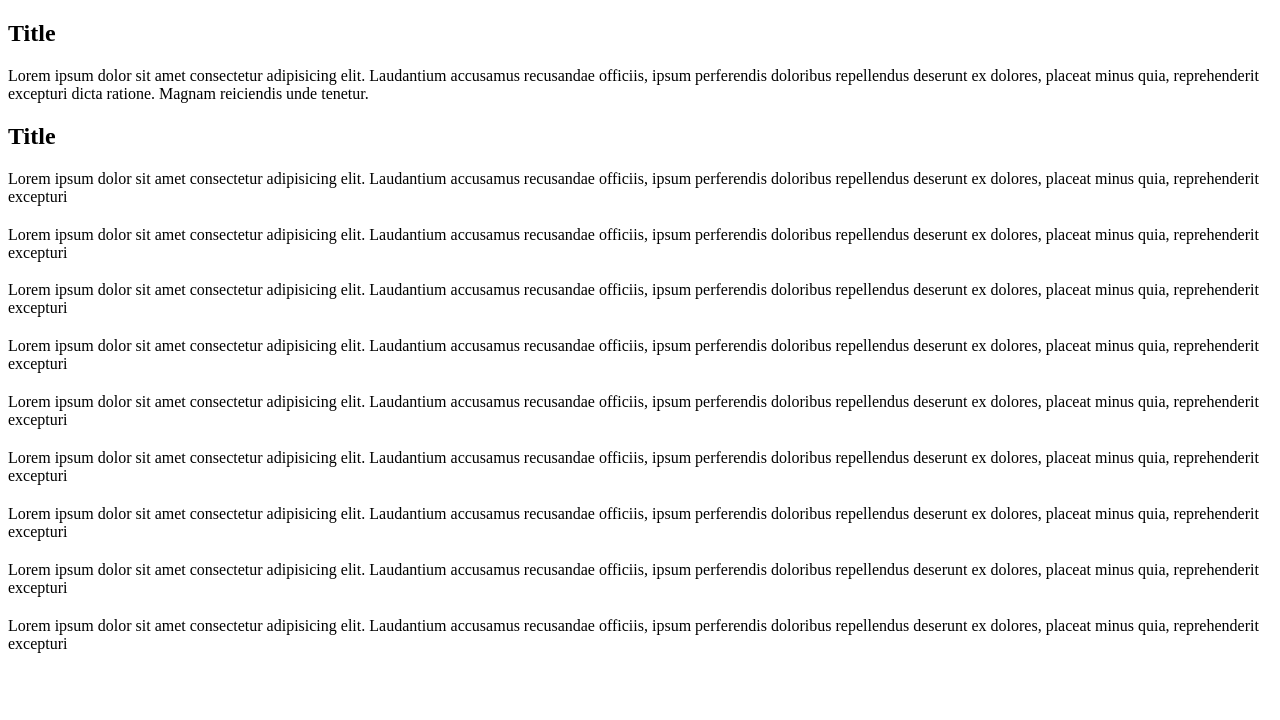
Repository: DevMike1993/100_Projects_HTML_CSS_JAVASCRIPT
Page: 03_Custom_Scrollbar/index.html
An editor plug-in stored every save of this project. The page is shown before and after a run of saves, followed by the edit.
The browser window is 1280 px wide. The pictures show the whole page.

Above is the page before, as saved 2023-11-26 18:05:58.

### 03_Custom_Scrollbar/index.html
<!DOCTYPE html>
<html lang="en">
<head>
    <meta charset="UTF-8">
    <meta name="viewport" content="width=device-width, initial-scale=1.0">
    <title>Custom Scrollbar</title>
</head>
<body>

    <section>
        <div class="card">
            <h2 class="card-title">Title</h2>
            <p>Lorem ipsum dolor sit amet consectetur adipisicing elit. Laudantium accusamus recusandae officiis, ipsum perferendis doloribus repellendus deserunt ex dolores, placeat minus quia, reprehenderit excepturi dicta ratione. Magnam reiciendis unde tenetur.</p>
        </div>
        <div class="card">
            <h2 class="card-title">Title</h2>
            <p>Lorem ipsum dolor sit amet consectetur adipisicing elit. Laudantium accusamus recusandae officiis, ipsum perferendis doloribus repellendus deserunt ex dolores, placeat minus quia, reprehenderit excepturi
        </div>
        <div class="card">
            <h2 class="card-title"></h2>
            <p>Lorem ipsum dolor sit amet consectetur adipisicing elit. Laudantium accusamus recusandae officiis, ipsum perferendis doloribus repellendus deserunt ex dolores, placeat minus quia, reprehenderit excepturi
        </div>
        <div class="card">
            <h2 class="card-title"></h2>
            <p>Lorem ipsum dolor sit amet consectetur adipisicing elit. Laudantium accusamus recusandae officiis, ipsum perferendis doloribus repellendus deserunt ex dolores, placeat minus quia, reprehenderit excepturi
        </div>
        <div class="card">
            <h2 class="card-title"></h2>
            <p>Lorem ipsum dolor sit amet consectetur adipisicing elit. Laudantium accusamus recusandae officiis, ipsum perferendis doloribus repellendus deserunt ex dolores, placeat minus quia, reprehenderit excepturi
        </div>
        <div class="card">
            <h2 class="card-title"></h2>
            <p>Lorem ipsum dolor sit amet consectetur adipisicing elit. Laudantium accusamus recusandae officiis, ipsum perferendis doloribus repellendus deserunt ex dolores, placeat minus quia, reprehenderit excepturi
        </div>
        <div class="card">
            <h2 class="card-title"></h2>
            <p>Lorem ipsum dolor sit amet consectetur adipisicing elit. Laudantium accusamus recusandae officiis, ipsum perferendis doloribus repellendus deserunt ex dolores, placeat minus quia, reprehenderit excepturi
        </div>
        <div class="card">
            <h2 class="card-title"></h2>
            <p>Lorem ipsum dolor sit amet consectetur adipisicing elit. Laudantium accusamus recusandae officiis, ipsum perferendis doloribus repellendus deserunt ex dolores, placeat minus quia, reprehenderit excepturi
        </div>
        <div class="card">
            <h2 class="card-title"></h2>
            <p>Lorem ipsum dolor sit amet consectetur adipisicing elit. Laudantium accusamus recusandae officiis, ipsum perferendis doloribus repellendus deserunt ex dolores, placeat minus quia, reprehenderit excepturi
        </div>
        <div class="card">
            <h2 class="card-title"></h2>
            <p>Lorem ipsum dolor sit amet consectetur adipisicing elit. Laudantium accusamus recusandae officiis, ipsum perferendis doloribus repellendus deserunt ex dolores, placeat minus quia, reprehenderit excepturi
        </div>
    </section>

</body>
</html>

After the next 2 saves:
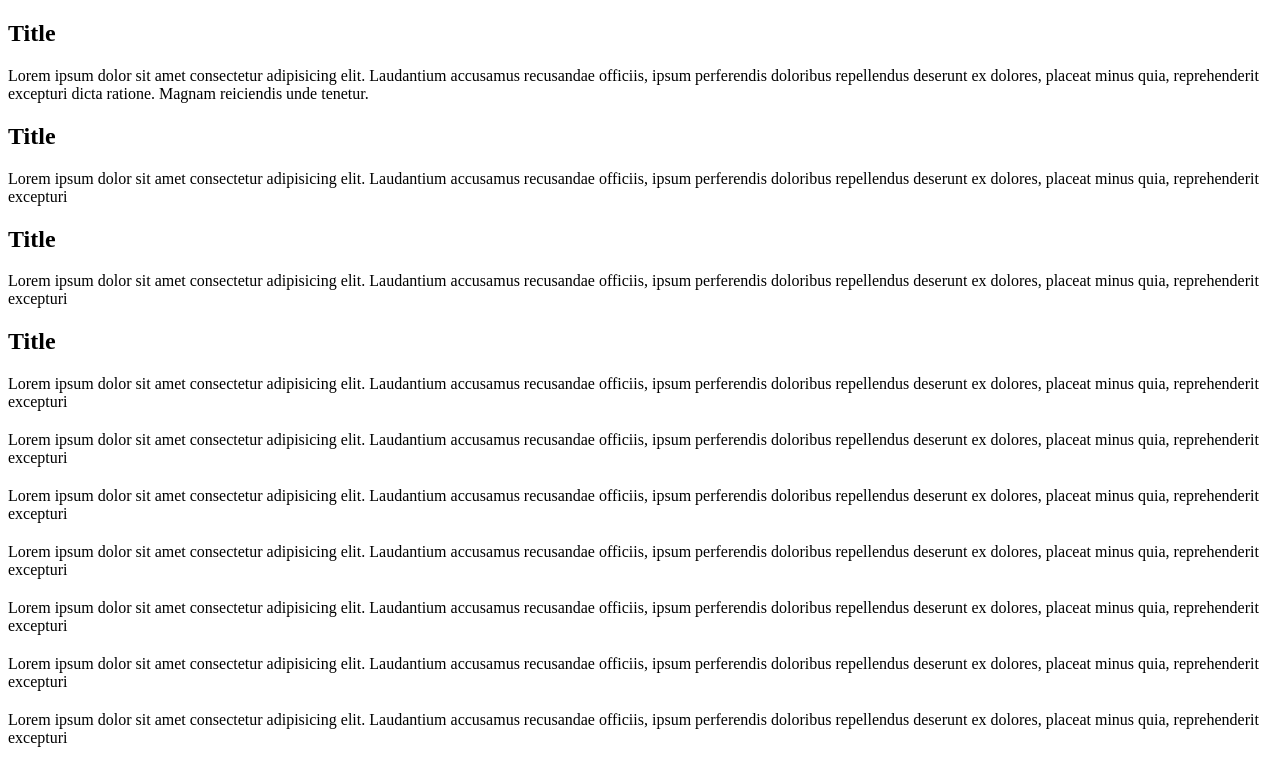
The 2 saves are shown as one change because they came seconds apart.
The last was saved 10 s later.
--- a/03_Custom_Scrollbar/index.html
+++ b/03_Custom_Scrollbar/index.html
@@ -17,11 +17,11 @@
             <p>Lorem ipsum dolor sit amet consectetur adipisicing elit. Laudantium accusamus recusandae officiis, ipsum perferendis doloribus repellendus deserunt ex dolores, placeat minus quia, reprehenderit excepturi
         </div>
         <div class="card">
-            <h2 class="card-title"></h2>
+            <h2 class="card-title">Title</h2>
             <p>Lorem ipsum dolor sit amet consectetur adipisicing elit. Laudantium accusamus recusandae officiis, ipsum perferendis doloribus repellendus deserunt ex dolores, placeat minus quia, reprehenderit excepturi
         </div>
         <div class="card">
-            <h2 class="card-title"></h2>
+            <h2 class="card-title">Title</h2>
             <p>Lorem ipsum dolor sit amet consectetur adipisicing elit. Laudantium accusamus recusandae officiis, ipsum perferendis doloribus repellendus deserunt ex dolores, placeat minus quia, reprehenderit excepturi
         </div>
         <div class="card">
